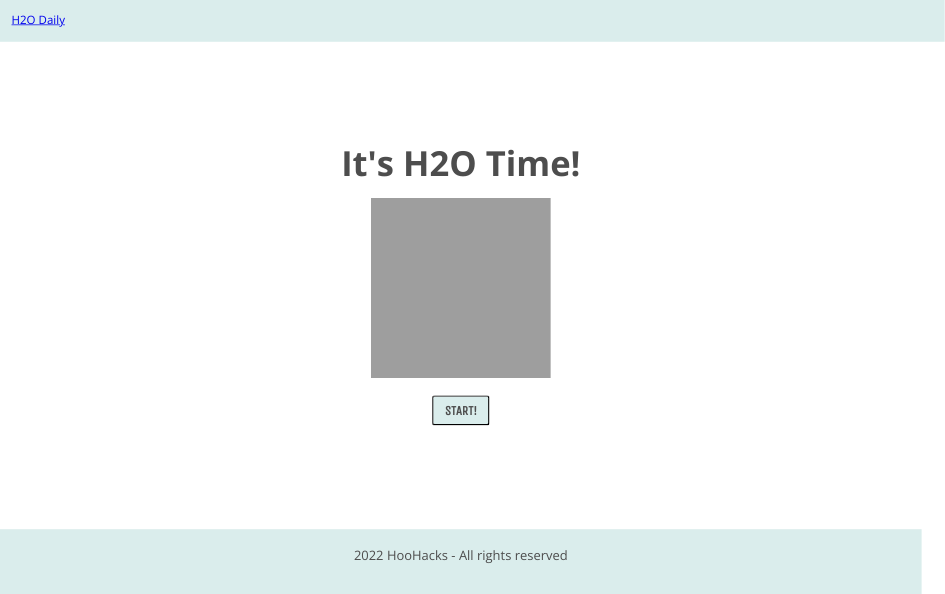
Repository: jennyjjung/H2ODaily
Page: index.html
These files come from the project's save history. The page is drawn as it stood at one moment and after the next save; the edit follows.
The browser window is 1280 px wide. The page is 1312 px wide, so the pictures cover 1312 px, including what lies to the right of the window. The pictures show the whole page, at 72% of full size.
Pictures or frames that could not be fetched are drawn as grey boxes.

Above is the page before, as saved 2022-03-26 17:51:54.

After the next save:
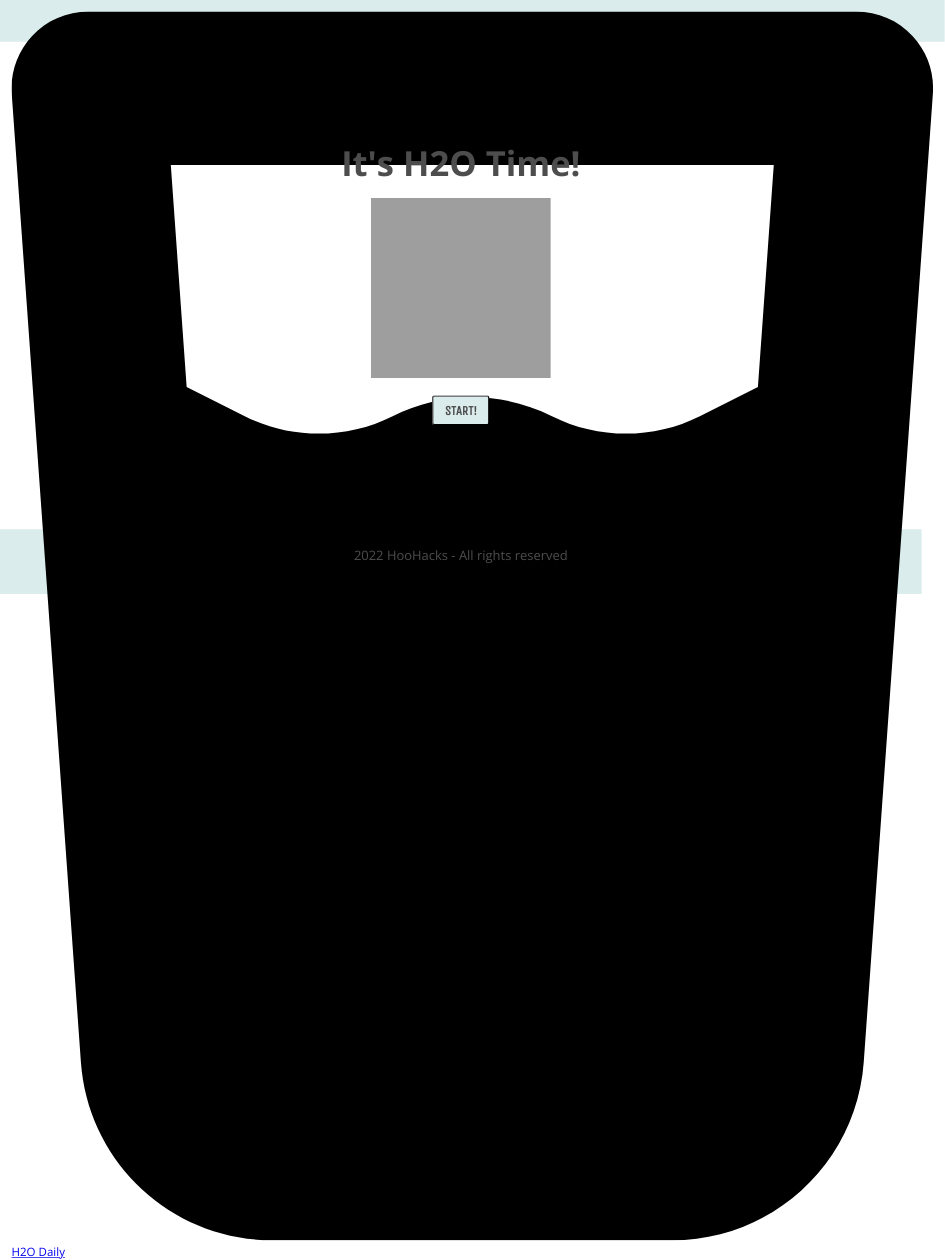
Saved 3 min 25 s later.
--- a/index.html
+++ b/index.html
@@ -15,6 +15,7 @@
   <nav id="navbar">
     <div class="navbar__logo">
       <i class="fa-solid fa-glass-water"></i>
+      <svg xmlns="http://www.w3.org/2000/svg" viewBox="0 0 384 512"><!--! Font Awesome Pro 6.1.1 by @fontawesome - https://fontawesome.com License - https://fontawesome.com/license (Commercial License) Copyright 2022 Fonticons, Inc. --><path d="M352 0C360.9 0 369.4 3.692 375.4 10.19C381.5 16.69 384.6 25.42 383.9 34.28L355.1 437.7C352.1 479.6 317.3 512 275.3 512H108.7C66.72 512 31.89 479.6 28.9 437.7L.0813 34.28C-.5517 25.42 2.527 16.69 8.58 10.19C14.63 3.692 23.12 0 32 0L352 0zM97.19 168.6C116.6 178.3 139.4 178.3 158.8 168.6C179.7 158.1 204.3 158.1 225.2 168.6C244.6 178.3 267.4 178.3 286.8 168.6L311 156.5L317.6 64H66.37L72.97 156.5L97.19 168.6z"/></svg>
       <a href="#">H2O Daily</a>
     </div>
   </nav>

After the save that followed:
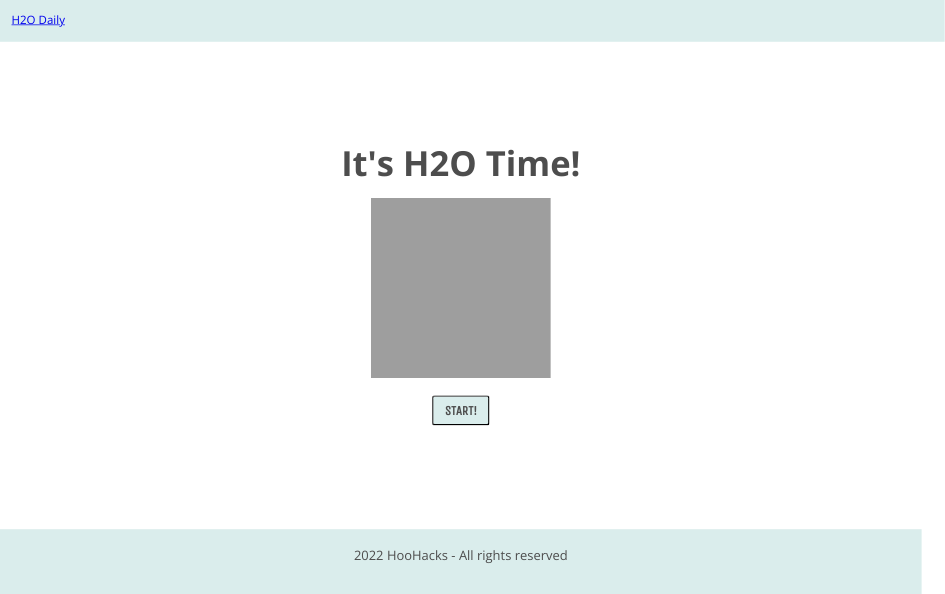
Saved 26 s later.
--- a/index.html
+++ b/index.html
@@ -15,7 +15,7 @@
   <nav id="navbar">
     <div class="navbar__logo">
       <i class="fa-solid fa-glass-water"></i>
-      <svg xmlns="http://www.w3.org/2000/svg" viewBox="0 0 384 512"><!--! Font Awesome Pro 6.1.1 by @fontawesome - https://fontawesome.com License - https://fontawesome.com/license (Commercial License) Copyright 2022 Fonticons, Inc. --><path d="M352 0C360.9 0 369.4 3.692 375.4 10.19C381.5 16.69 384.6 25.42 383.9 34.28L355.1 437.7C352.1 479.6 317.3 512 275.3 512H108.7C66.72 512 31.89 479.6 28.9 437.7L.0813 34.28C-.5517 25.42 2.527 16.69 8.58 10.19C14.63 3.692 23.12 0 32 0L352 0zM97.19 168.6C116.6 178.3 139.4 178.3 158.8 168.6C179.7 158.1 204.3 158.1 225.2 168.6C244.6 178.3 267.4 178.3 286.8 168.6L311 156.5L317.6 64H66.37L72.97 156.5L97.19 168.6z"/></svg>
+
       <a href="#">H2O Daily</a>
     </div>
   </nav>
